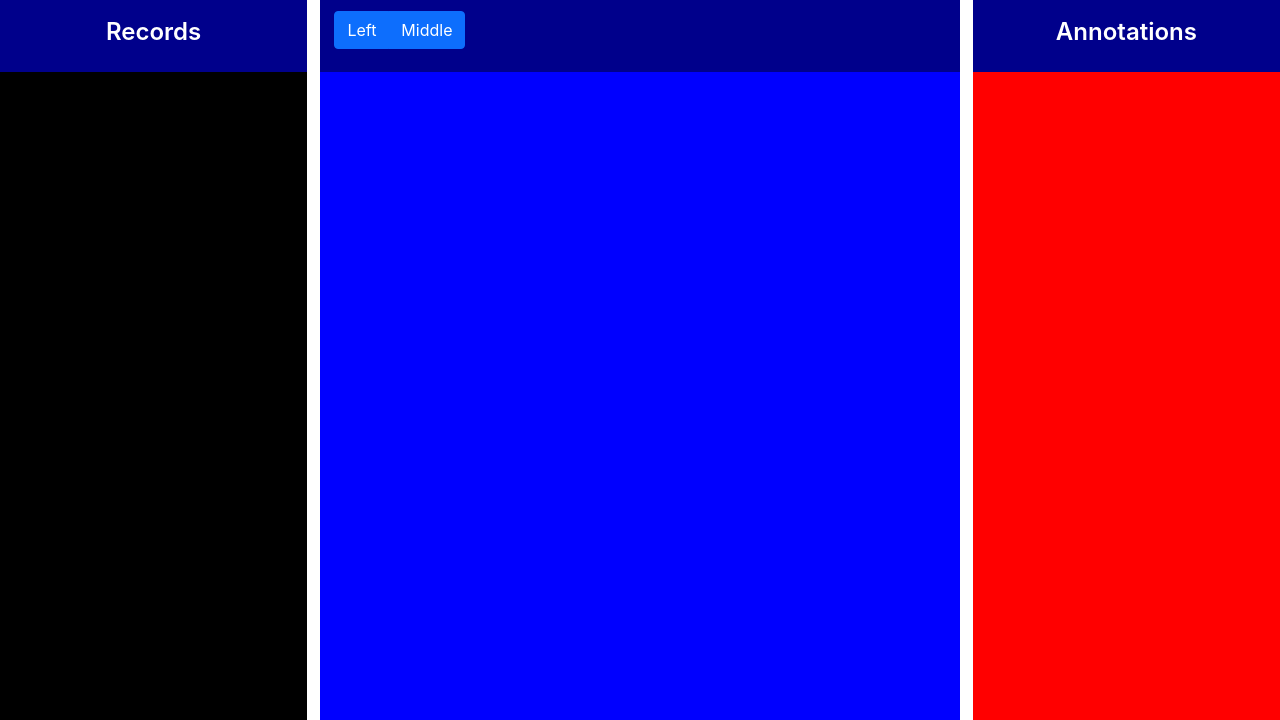
Repository: napan24/classforma_assignment
Page: / (app in client/)
These files come from the project's save history. The page is drawn as it stood at one moment and after the next save; the edit follows.
The browser window is 1280 px wide. The pictures show the whole page.
The project was rebuilt for these pictures with package versions that can differ from the ones it lists, and the page was loaded fresh each time. Also part of the build but not shown: client/src/App.css.

Above is the page before, as saved 2022-07-19 17:01:56.

After the next save:
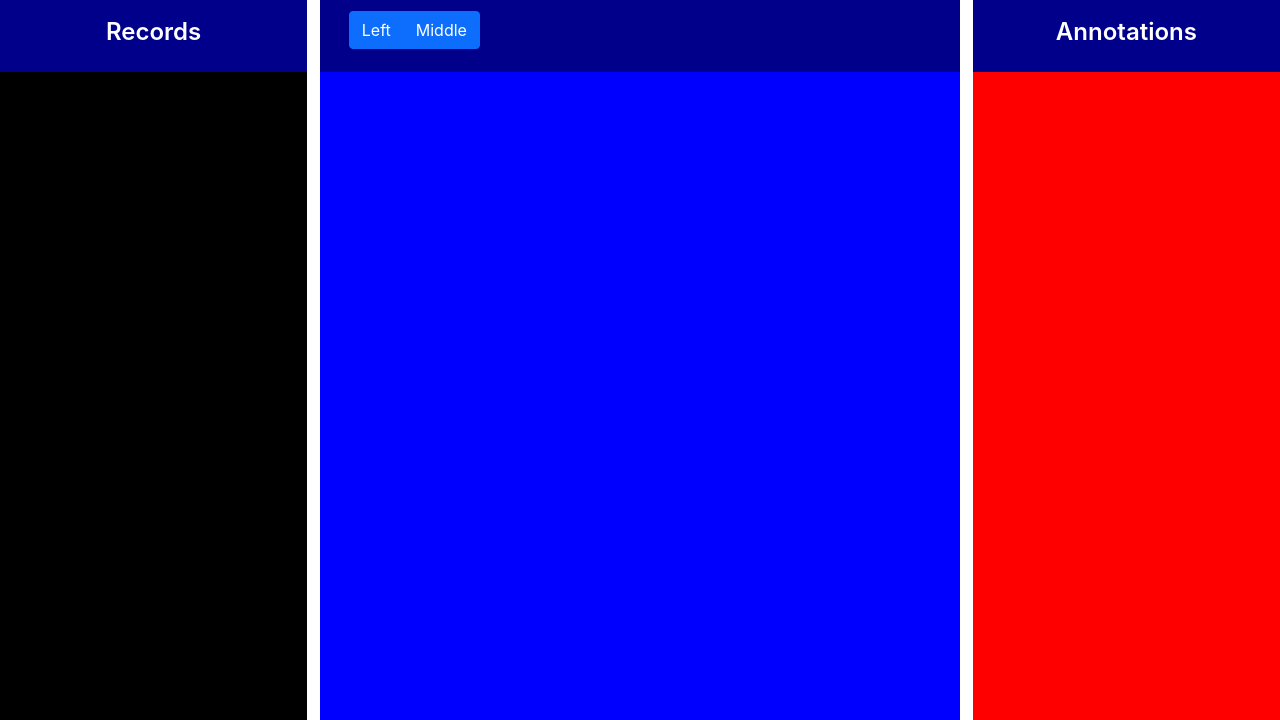
Saved 7 s later.
--- a/client/src/Home.js
+++ b/client/src/Home.js
@@ -16,7 +16,7 @@ const Home = () => {
                 </div>
                 <div style={{ width: "50vw", height: "100vh", backgroundColor: "blue", marginRight: "1vw" }}>
                     <div style={{ width: "50vw", height: "10vh", backgroundColor: "#00008b" }}>
-                        <div class="btn-group" role="group" aria-label="Basic example" style={{marginTop:"1.5vh",marginLeft:"2vh"}}>
+                        <div class="btn-group" role="group" aria-label="Basic example" style={{marginTop:"1.5vh",marginLeft:"4vh"}}>
                             <button type="button" class="btn btn-primary">Left</button>
                             <button type="button" class="btn btn-primary">Middle</button>
                         </div>
